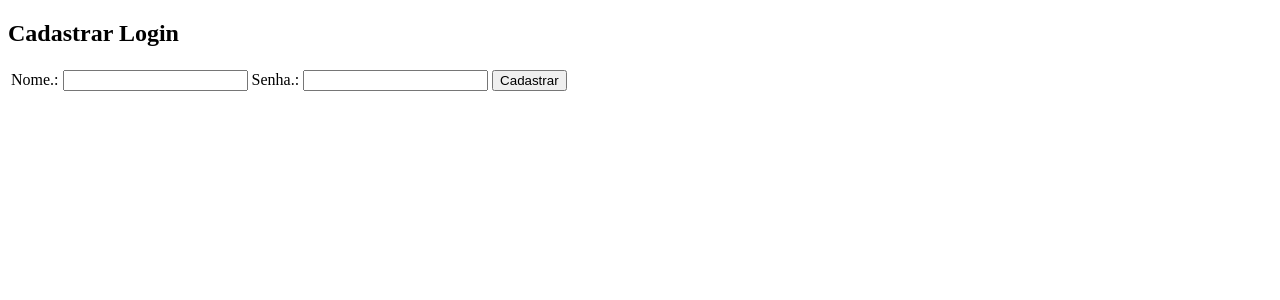
Repository: leonerdy-666/Estudos
Page: http://localhost/SistemaLogin/cadastrarLogin.jsp
An editor plug-in stored every save of this project. The page is shown before and after the next save, followed by the edit.
The browser window is 1280 px wide. The pictures show the whole page.
The page is served by Tomcat 9. Other server files are loaded and not shown.

Above is the page before, as saved 2016-06-03 19:19:15.

### Udemy/java/JavaWeb1/Sistema/Workspace/SistemaLogin/WebContent/cadastrarLogin.jsp
<%@ page language="java" contentType="text/html; charset=ISO-8859-1"
    pageEncoding="ISO-8859-1"%>
<!DOCTYPE html PUBLIC "-//W3C//DTD HTML 4.01 Transitional//EN" "http://www.w3.org/TR/html4/loose.dtd">
<html>
<head>
<meta http-equiv="Content-Type" content="text/html; charset=ISO-8859-1">
<title>Cadastro de Usuário</title>
</head>
<body>
 <h2>Cadastrar Login</h2>

  <form name="frmCadastrarLogin" action="CadastroLogin" method="post">

    <table>


      <tr>
        <td>Nome.:</td><td><input type="text" name="txtUsuario"></td>
        <td>Senha.:</td><td><input type="password" name="txtSenha"></td>

          <td colspan="2"><input type="submit" value="Cadastrar"/></td>
     </tr>


    </table>

     </form>
</body>
</html>

After the next save:
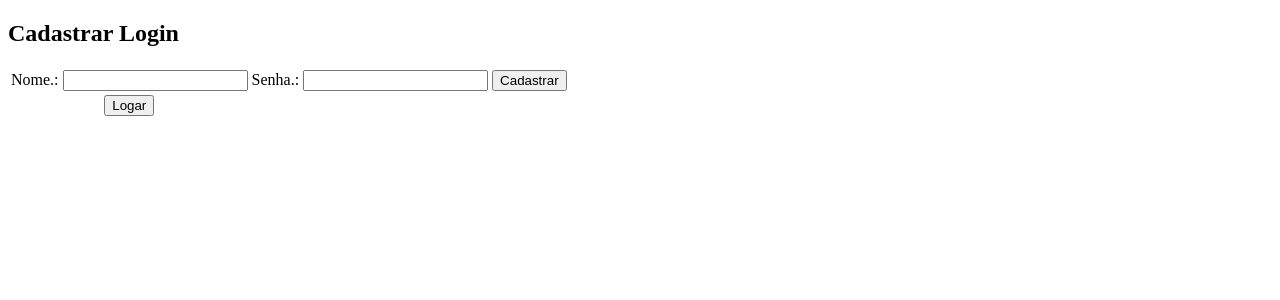
Saved 84 s later.
--- a/Udemy/java/JavaWeb1/Sistema/Workspace/SistemaLogin/WebContent/cadastrarLogin.jsp
+++ b/Udemy/java/JavaWeb1/Sistema/Workspace/SistemaLogin/WebContent/cadastrarLogin.jsp
@@ -20,7 +20,9 @@
 
           <td colspan="2"><input type="submit" value="Cadastrar"/></td>
      </tr>
-
+     <tr>
+<td colspan="2" align="center"> <input type="submit" value="Logar" onClick="validarLogin()"> </td>
+</tr>
 
     </table>
 
